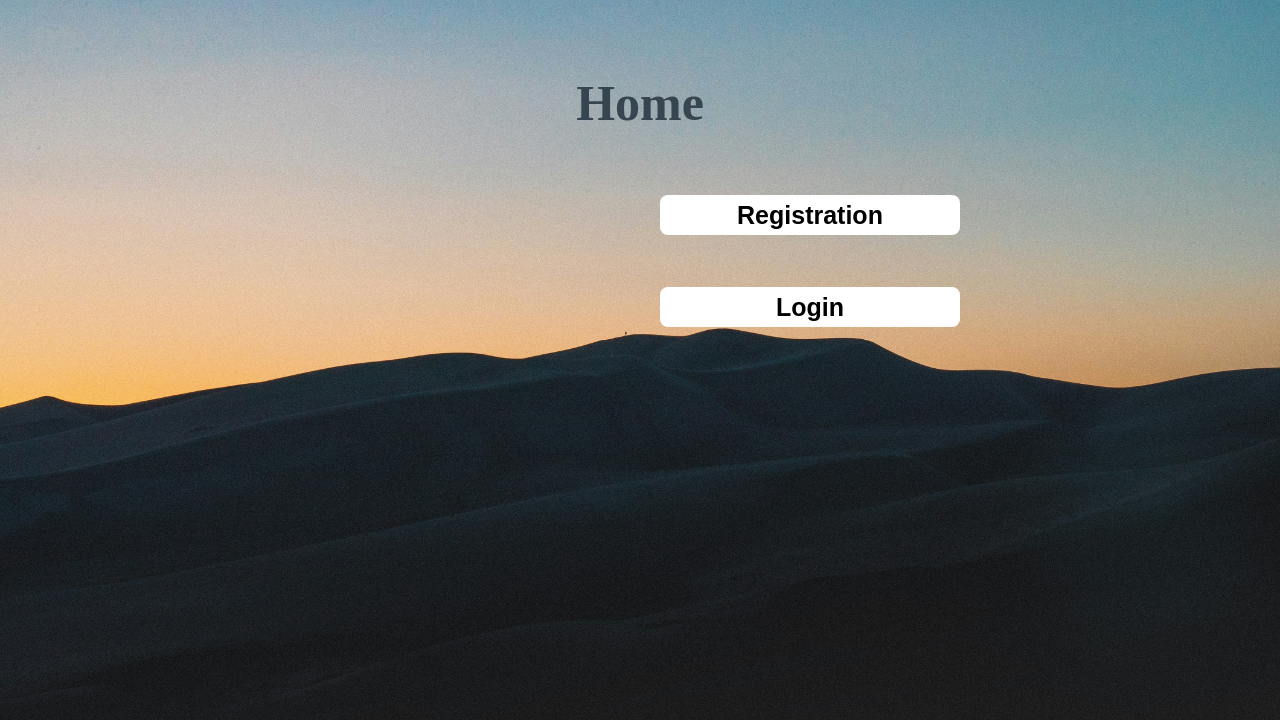
Repository: aboli-vyas/Servlet_Projects
Page: http://localhost/Sevlet_Project/
The author's editor kept a copy of each file at every save. The page is drawn from the files as they stood at one save, then again after the next save.
The browser window is 1280 px wide. The pictures show the whole page.
The page is served by Tomcat 9. Other server files are loaded and not shown.

Above is the page before, as saved 2025-06-09 16:05:34.

### Sevlet_Project/src/main/webapp/index.html
<!DOCTYPE html>
<html>
<head>
<meta charset="UTF-8">
<title>Insert title here</title>
<link rel="stylesheet" href="style3.css">
</head>
<body>

<h1>Home</h1>
<div class="button1">
<button>Registration</button>
<br><br>
<button>Login</button>
</div>
</body>
</html>

### Sevlet_Project/src/main/webapp/style3.css
body {
    font-family: 'Segoe UI', Tahoma, Geneva, Verdana, sans-serif;
    background: linear-gradient(120deg, #f6f9fc, #e0f7fa);
    background-image: url("Images/bg3.jpg");
    background-size: cover;
    background-position: center;
    background-repeat: no-repeat;
    background-attachment: fixed;
    margin: 0;
    padding: 40px;
}
h1{
	color: 	#36454F;
	font-family: "Font Name", fallback-font, generic-family;
	font-size: 50px;
	text-align: center;
}
button{
	width:300px;
	height: 40px;
	margin-top: 30px;
	margin-left: 620px;
	background: white ;
    color: black;
    border: none;
    font-size: 25px;
    font-weight: bold;
    border-radius: 8px;
    cursor: pointer;
    transition: background 0.3s;
}

After the next save:
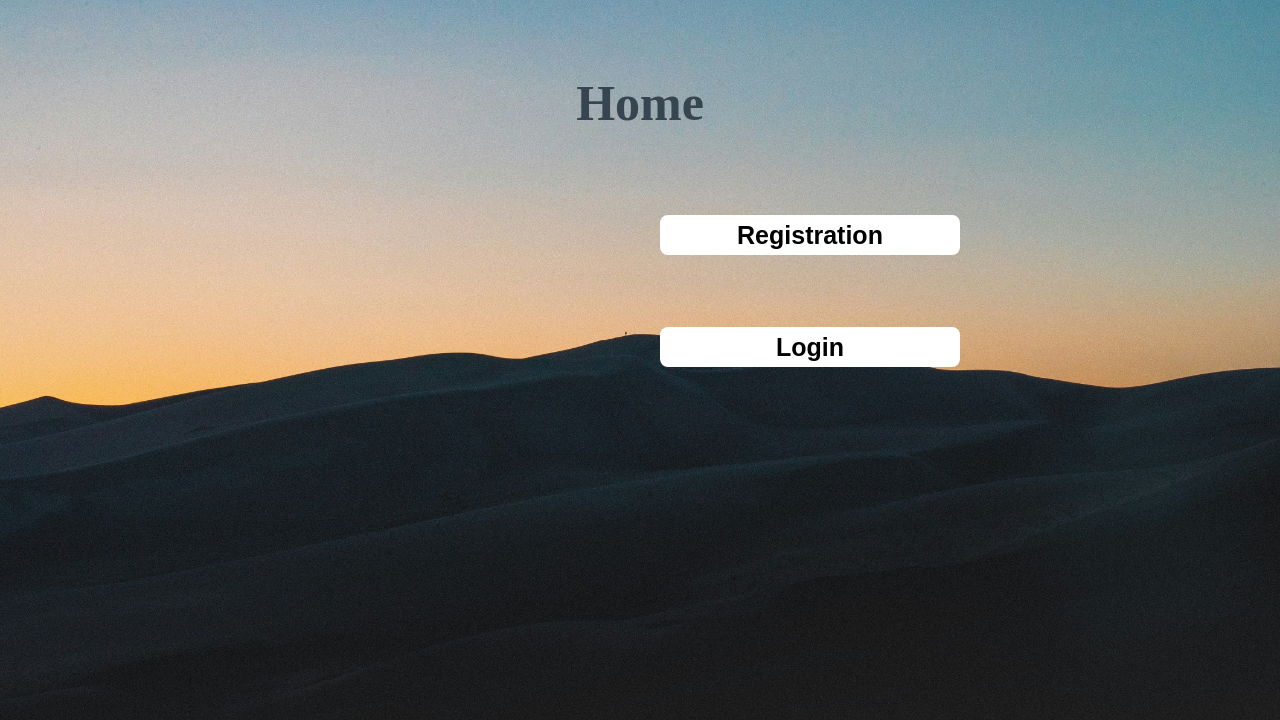
Saved 20 s later.
--- a/Sevlet_Project/src/main/webapp/style3.css
+++ b/Sevlet_Project/src/main/webapp/style3.css
@@ -18,7 +18,7 @@ h1{
 button{
 	width:300px;
 	height: 40px;
-	margin-top: 30px;
+	margin-top: 50px;
 	margin-left: 620px;
 	background: white ;
     color: black;
